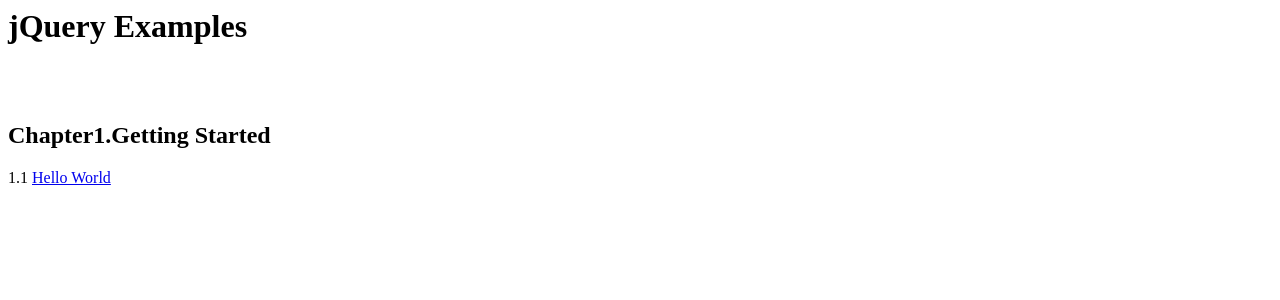
Repository: sudheerj/jQuery
Page: jQueryExamples/chapter01/index.html
An editor plug-in stored every save of this project. The page is shown before and after the next save, followed by the edit.
The browser window is 1280 px wide. The pictures show the whole page.

Above is the page before, as saved 2016-10-20 02:58:44.

### jQueryExamples/chapter01/index.html
<h1>jQuery Examples</h1><br /><br />

<h2>Chapter1.Getting Started<br /></h2>
      <span style="float: center">1.1 <a href="HelloWorld.html" target="_blank">Hello World</a></span>

After the next save:
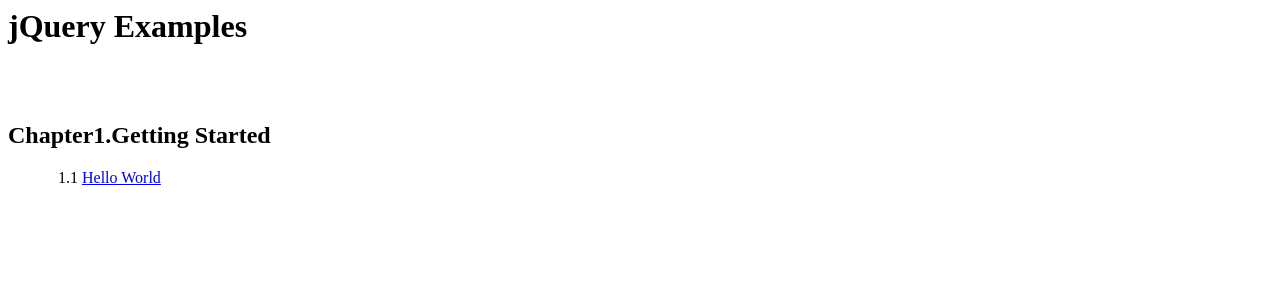
Saved 18 s later.
--- a/jQueryExamples/chapter01/index.html
+++ b/jQueryExamples/chapter01/index.html
@@ -1,4 +1,4 @@
 <h1>jQuery Examples</h1><br /><br />
 
 <h2>Chapter1.Getting Started<br /></h2>
-      <span style="float: center">1.1 <a href="HelloWorld.html" target="_blank">Hello World</a></span>
+      <span style="margin-left: 50px">1.1 <a href="HelloWorld.html" target="_blank">Hello World</a></span>
